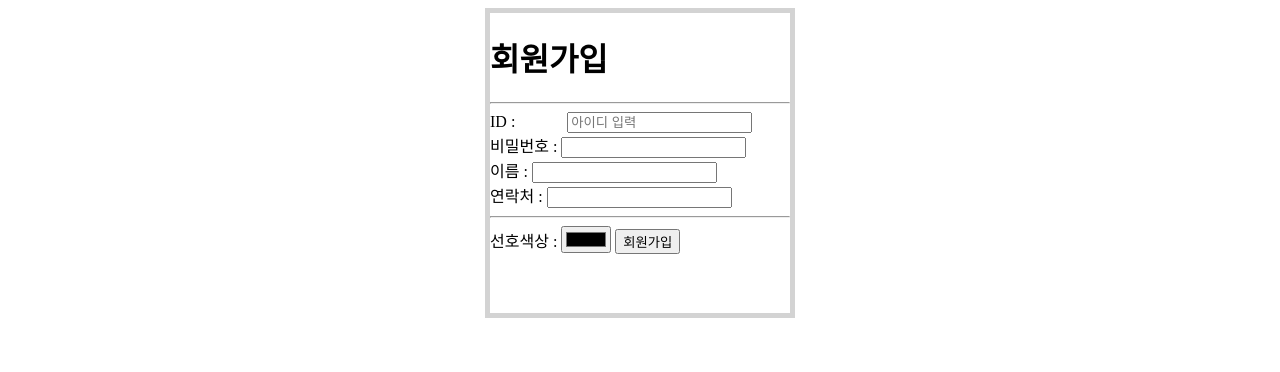
Repository: dychung1021/newrepository
Page: http://localhost/JSP05/
The author's editor kept a copy of each file at every save. The page is drawn from the files as they stood at one save, then again after the next save.
The browser window is 1280 px wide. The pictures show the whole page.
The page is served by Tomcat 9.

Above is the page before, as saved 2024-05-10 05:12:07.

### JSP/JSP05/src/main/webapp/index.jsp
<%@ page language="java" contentType="text/html; charset=utf-8"
    pageEncoding="utf-8"%>
<!DOCTYPE html>
<html>
	<head>
		<meta charset="utf-8">
		<title>간단한 회원가입</title>
		<style>
			#wrap{
				width:300px;
				border:5px solid lightgray;
				height : 300px;
				margin : 0 auto;

				}
				input[name="id"]{
					margin-left:48px;
				}
		</style>
	</head>
	<body>
		<div id="wrap">
			<form method="get" action="main.jsp">
				<h1> 회원가입 </h1>
				<hr>
				ID : <input type="text" name="id" placeholder="아이디 입력"><br>
				비밀번호 : <input type="password" name="pw"><br>
				이름 : <input type="text" name="nm"><br>
				연락처 : <input type="text" name="phone"><br>
				<hr>
				선호색상 : <input type="color" name="c" >
				<input type="submit" value="회원가입">

			</form>

		</div>
	</body>
</html>

After the next save:
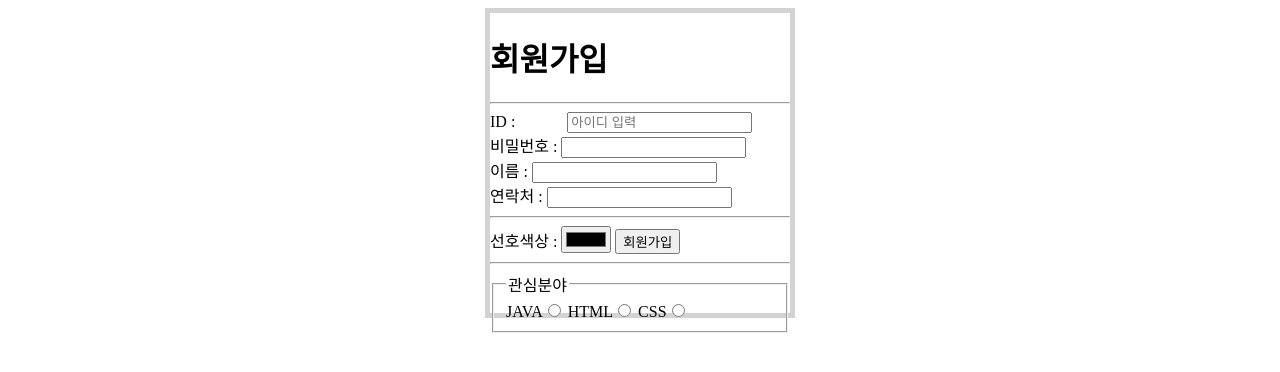
Saved 2 min 44 s later.
--- a/JSP/JSP05/src/main/webapp/index.jsp
+++ b/JSP/JSP05/src/main/webapp/index.jsp
@@ -30,7 +30,13 @@
 				<hr>
 				선호색상 : <input type="color" name="c" >
 				<input type="submit" value="회원가입">
-
+				<hr>
+				<fieldset>
+					<legend>관심분야</legend>
+					JAVA<input type="radio" name="subject" value="java">
+					HTML<input type="radio" name="subject" value="html">
+					CSS<input type="radio" name="subject" value="css">
+				</fieldset>
 			</form>
 
 		</div>
